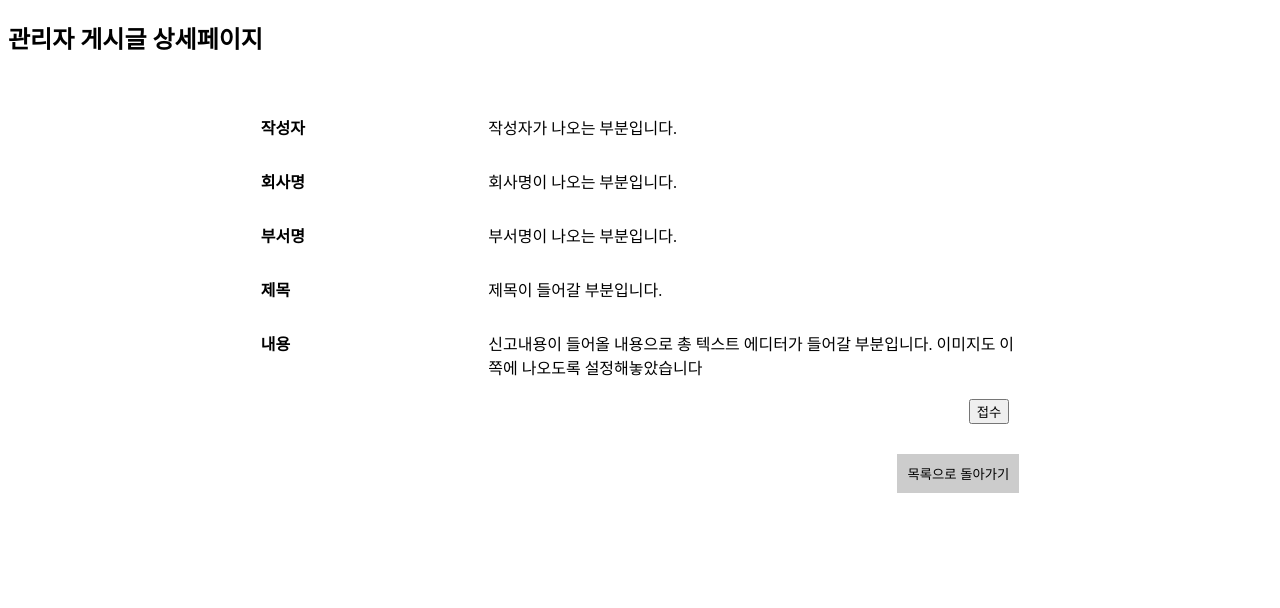
Repository: thdtjdgml415/exVoc
Page: /AdminView/1
An editor plug-in stored every save of this project. The page is shown before and after a run of saves, followed by the edit.
The browser window is 1280 px wide. The pictures show the whole page.
The project was rebuilt for these pictures with package versions that can differ from the ones it lists, and the page was loaded fresh each time. Also part of the build but not shown: src/components/table/CommonTable.css, src/components/table/CommonTable.js, src/components/table/CommonTableColumn.js, src/components/table/CommonTableRow.js, src/components/table/CommonTableWriteBtn.js, src/Page/PostList.js, src/Page/PostMain.js, src/Page/PostView.js and 4 more.

Above is the page before, as saved 2023-01-13 15:51:56.

### public/index.html
<!DOCTYPE html>
<html lang="en">
<head>
  <meta charset="UTF-8">
  <meta http-equiv="X-UA-Compatible" content="IE=edge">
  <meta name="viewport" content="width=device-width, initial-scale=1.0">
  <title>게시판</title>
</head>
<body>
  <div id="root"></div>
</body>
</html>

### src/App.js
import { BrowserRouter, Routes,  Route } from 'react-router-dom';
import PostMain from './Page/PostMain';
import PostView from './Page/PostView';
import Registration from './Page/Registration';
import AdminList from './Page/AdminList';
import AdminView from './Page/AdminView';

function App() {
  return (
    <div className='App'>
      <BrowserRouter>
        <Routes>
          <Route path='/' element={<Registration/>}/>
          <Route path='/postView/:no' element={<PostView/>}/>
          <Route path='/PostMain' element= {<PostMain/>}/>
          <Route path='/Page/AdminList' element= {<AdminList/>}/>
          <Route path='/AdminView/:no' element= {<AdminView/>}/>
        </Routes>
      </BrowserRouter>
    </div>
  )
}

export default App;

### src/Page/AdminView.js
import React, { useEffect, useState } from 'react';
import { useNavigate, useParams } from 'react-router';
import { getPostByNo } from '../Data';
import './Post.css'
import AcceptModal from '../components/modal/AcceptModal'


const AdminView = ({ }) => {
  const [ data, setData ] = useState({});
  const navigator = useNavigate();
  const { no } = useParams();

  const [adminViewModal, setAdminViewModal] = useState(false);

  const openModal = () => {
    setAdminViewModal(true);
  };
  const closeModal = () => {
    setAdminViewModal(false);
  };

    useEffect(() => {
      setData(getPostByNo(no));
    }, [ ]);

  return (
    <>
      <h2 align="left">관리자 게시글 상세페이지</h2>
      <div className="post-view-wrapper">
          <>
            <div className="post-view-row">
              <label>작성자</label>
              <label>작성자가 나오는 부분입니다.</label>
            </div>
            <div className="post-view-row">
              <label>회사명</label>
              <label>회사명이 나오는 부분입니다.</label>
            </div>
            <div className="post-view-row">
              <label>부서명</label>
              <label>부서명이 나오는 부분입니다.</label>
            </div>
            <div className="post-view-row">
              <label>제목</label>
              <label>제목이 들어갈 부분입니다.</label>
            </div>
            <div className="post-view-row">
              <label>내용</label>
              <label>신고내용이 들어올 내용으로 총 텍스트 에디터가 들어갈 부분입니다. 이미지도 이쪽에 나오도록 설정해놓았습니다</label>
            </div>
          </>
          <React.Fragment>
              <div className="btn">
                <button className="registBtn" onClick={openModal}>
                  접수
                </button>
                <AcceptModal open={adminViewModal} close={closeModal}>
                  접수하시겠습니까?
                </AcceptModal>
              </div>
          </React.Fragment>
        <div className='post-view-btn-wrap'>
          <button className="post-view-go-list-btn" onClick={() => navigator(-1)}>목록으로 돌아가기</button>
        </div>
      </div>
    </>
  )
}

export default AdminView;

### src/Data.js
const postList = [
    {
        "no": 1,
        "title": "첫번째 게시글입니다.",
        "content": "첫번째 게시글 내용입니다.",
        "createDate": "2023-01-12"
      },
      {
        "no": 2,
        "title": "두번째 게시글입니다.",
        "content": "두번째 게시글 내용입니다.",
        "createDate": "2023-01-12"
      },
      {
        "no": 3,
        "title": "세번째 게시글입니다.",
        "content": "세번째 게시글 내용입니다.",
        "createDate": "2023-01-12"
      },
      {
        "no": 4,
        "title": "네번째 게시글입니다.",
        "content": "네번째 게시글 내용입니다.",
        "createDate": "2023-01-12"
      },
      {
        "no": 5,
        "title": "다섯번째 게시글입니다.",
        "content": "다섯번째 게시글 내용입니다.",
        "createDate": "2023-01-12"
      },
]

const getPostByNo = no => {

    const array = postList.filter(x=>x.no===no);
    if(array.length == 1) {
        return array[1];
    }
    return null;
}

export {
    postList,
    getPostByNo
};

### src/Page/Post.css
.PostList-Wrap {
  padding-top: 10vw;

}

.post-view-wrapper {
    width: 60%;
    margin: 0 auto;
    margin-top: 50px;
  }
  .post-view-btn-wrap {
    display: flex;
    justify-content: flex-end;
  }
  .post-view-go-list-btn {
    border: 0;
    padding: 10px;
    background-color: #ccc;
  }

  .post-view-row {
    margin: 10px 0;
    display: flex;
  }

  .post-view-row > label:first-child {
    margin: 10px 0;
    width: 30%;
    font-weight: bold;
  }

  .post-view-row > *:nth-child(2) {
    margin: 10px 0;
    width: 70%;
  }

### src/components/modal/common.css
#container {
  display: flex;
  flex: 1;
  justify-content: center;
}

html {
  background-color: white;
}

h3 {
  padding: 0;
  -webkit-text-size-adjust: none;
}

h1 {
  padding: 20px 30px;

  border-bottom: 1px solid #ccc;

}

### src/Page/registration.css
.titleCon {
  margin-right: 25px;
}

.titleCon2 {
  margin-right: 10px;
}

.titleCon3 {
  margin-right: 42px;
}

.ck.ck-editor__editable:not(.ck-editor__nested-editable) {
  min-height: 400px;
  margin-bottom: 20px;
}

.btn {
  display: flex;
  justify-content: flex-end;
  margin-bottom: 30px;
}

.registBtn {
  margin-right: 10px;
}

.checkBtn {
  margin-left: 50px;
  margin-top: 30px;

}

.modalInput {
  margin-left: 20px;
}

.modalInput2 {
    margin-left: 6px;
  }

  .Post-write-wrap {
    display: flex;


  }
  .container__wrap {
    border: 1px solid #ccc;
    margin-left: 23%;
    padding: 10px 40px;
  }

### src/components/modal/AcceptModal.js
import React from "react";
import "../modal/modal.css";

const AcceptModal = (props) => {
  const { open, close } = props;

  return (
    <div className={open ? "openModal modal" : "modal"}>
      {open ? (
        <section>
          <main>{props.children}</main>
          <footer>
            <button className="ok">
             <a href="../../Page/AdminList" style={{color: 'white', textDecoration: 'none'}}>확인</a>
            </button>
            <button className="close" onClick={close}>
              취소
            </button>
          </footer>
        </section>
      ) : null}
    </div>
  );
};

export default AcceptModal;

### src/components/modal/modal.css
.modal {
  display: none;
  position: fixed;
  top: 0;
  right: 0;
  bottom: 0;
  left: 0;
  z-index: 99;
  background-color: rgba(0, 0, 0, 0.6);
}
.modal button {
  outline: none;
  cursor: pointer;
  border: 0;
}
.modal > section {
  width: 90%;
  max-width: 450px;
  margin: 0 auto;
  border-radius: 0.3rem;
  background-color: #fff;
  animation: modal-show 0.3s;
  overflow: hidden;
}

.modal > section > main {
  padding: 22px;
}
.modal > section > footer {
  padding: 18px 17px;
  text-align: right;
}
.modal > section > footer .close {
  padding: 6px 12px;
  color: #fff;
  background-color: #6c757d;
  border-radius: 5px;
  font-size: 13px;
}

.modal > section > footer .ok {
    padding: 6px 12px;
    color: #fff;
    background-color: #6c757d;
    border-radius: 5px;
    font-size: 13px;
    margin-right: 5px;
  }
.modal.openModal {
  display: flex;
  align-items: center;
  animation: modal-bg-show 0.3s;
}

Loaded but not shown: src/index.js (common file)

After the next 2 saves:
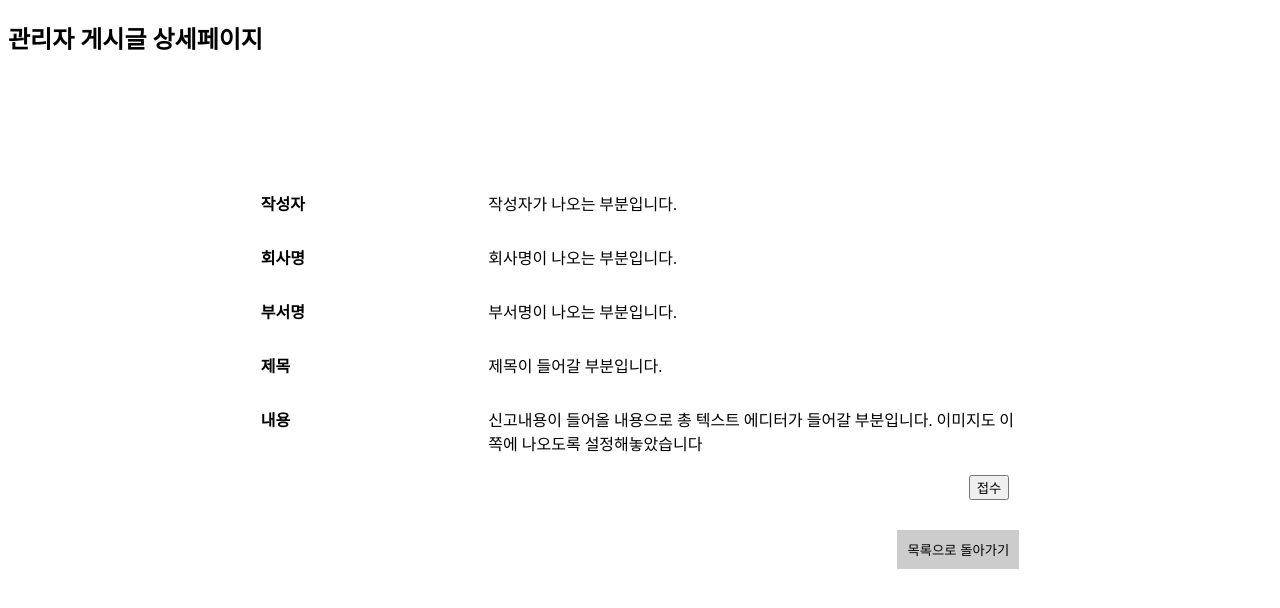
The 2 saves are shown as one change because they came seconds apart.
The last was saved 8 s later.
--- a/src/Page/Post.css
+++ b/src/Page/Post.css
@@ -6,7 +6,7 @@
 .post-view-wrapper {
     width: 60%;
     margin: 0 auto;
-    margin-top: 50px;
+    margin-top: 10%;
   }
   .post-view-btn-wrap {
     display: flex;
